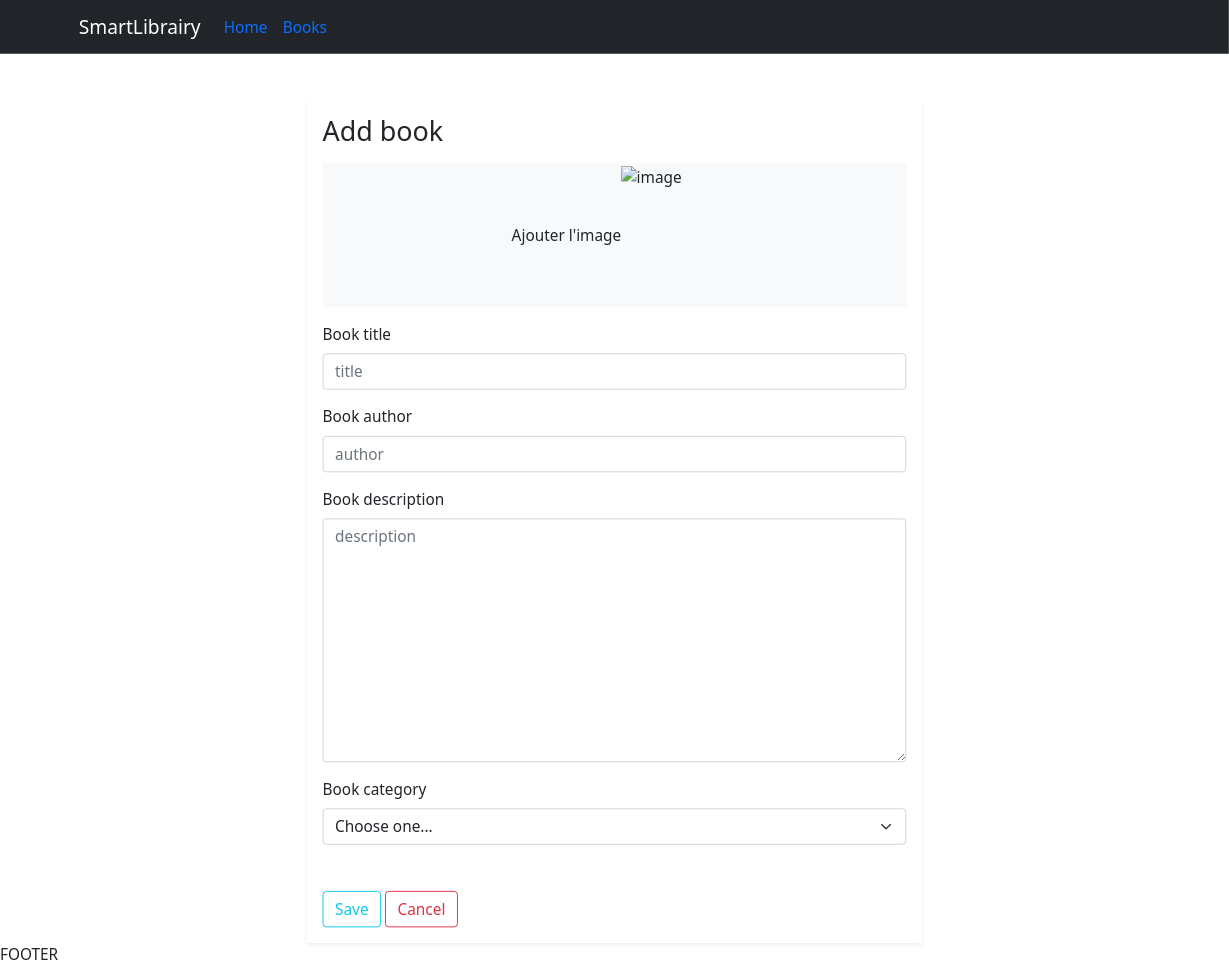
Repository: FS-23/smart-librairy
Page: http://localhost/books/create
The author's editor kept a copy of each file at every save. The page is drawn from the files as they stood at one save, then again after the next save.
The browser window is 1280 px wide. The pictures show the whole page, at 96% of full size.
The page is served by the project's Laravel application, run on PHP 8.4 with Laravel 9. Other server files are loaded and not shown.

Above is the page before, as saved 2022-06-10 13:17:34.

### routes/web.php
<?php

use Illuminate\Support\Facades\Route;
use Illuminate\Http\Request;
use App\Http\Controllers\BookController;

/*
    |--------------------------------------------------------------------------
    | Web Routes
    |--------------------------------------------------------------------------
    |
    | Here is where you can register web routes for your application. These
    | routes are loaded by the RouteServiceProvider within a group which
    | contains the "web" middleware group. Now create something great!
    |
*/

Route::get('/', function () {
    return redirect('/books/list');
});
Route::get('/books/list' , [BookController::class , 'index']);
Route::get('/books/create',[BookController::class , 'create']);
Route::get('/books/update/{id}',[BookController::class , 'edit']);
Route::post('/books/store' , [BookController::class , 'store']);
Route::post('/books/update/{id}' , [BookController::class , 'update']);
Route::get('/books/detail/{id}' , [BookController::class, 'show']);
Route::get('/books/delete/{id}' , [BookController::class, 'destroy']);

Route::view('/file' , 'file');

Route::post('/file/store' , function(Request $request){
    //hasFile

    $file = $request -> file('myFile');

    // Storage::put('myfile.jpg', $file);
     $storeResult = $file->store('public/bookImages'); // file est le name de votre input dans file.blade.php
    // return $storeResult;

    $fileName = str_replace('public' , 'storage' , $storeResult);
     return  $fileName;
});

### app/Http/Controllers/BookController.php
<?php

namespace App\Http\Controllers;

use App\Models\Book;
use Illuminate\Http\Request;

class BookController extends Controller
{

    public function index()
    {

        return view('book.list', ['books' => Book::all()]);
    }

    public function create()
    {
        return view('book.create');
    }

    public function store(Request $request)
    {
        $data = $request -> all();
        $file = $request -> file('bookImage');
        $fileStoreResult = $file->store('/public/bookImages');
        $fileName = str_replace('public', 'storage' , $fileStoreResult);
        $data['image'] = $fileName;
        $createdBook = Book::create($data);
        return redirect('/books/list');
    }


    public function show($id)
    {
        return  view('book.detail' , ["book" => Book::find($id)]);
    }


    public function edit($id)
    {
        return view('book.update' , ["book" => Book::find($id)]);
    }


    public function update(Request $request, $id)
    {
        $book = Book::find($id);
        $book ->update($request->all());

        return redirect('/books/list');
        //
    }

    public function destroy($id)
    {
        Book::destroy($id);
        return redirect('/books/list');
    }
}

### resources/views/book/create.blade.php
@extends('layout.layout')

@section('content')

   <div class="col-11 col-sm-6 shadow-sm mt-5 p-3 m-auto">
    <form action="/books/store" method="post" enctype="multipart/form-data">
        @csrf
        <h3>Add book</h3>
        <div id="choose-image-container" style="height: 150px" class="bg-light mt-3 d-flex justify-content-center align-items-center">
            Ajouter l'image <img style="width: 100px ; height: 95%" id="imagePreview" src="" alt="image">
            <input type="file" accept="image/*" style="display: none" id="bookFile" name="bookImage" required>
        </div>
        <div class="form-group mt-3">
            <label for="" class="form-label">Book title</label>
            <input required type="text" class="form-control" placeholder="title" name="title">
        </div>
        <div class="form-group mt-3">
            <label for="" class="form-label">Book author</label>
            <input  required type="text" class="form-control" placeholder="author"  name="author">
        </div>
        <div class="form-group mt-3">
            <label for="" class="form-label">Book description</label>
            <textarea  required type="text" class="form-control" rows="10" placeholder="description"  name="description"></textarea>
        </div>
        <div class="form-group mt-3">
            <label for="" class="form-label">Book category</label>
            <select  required  name="categorie" id="" class="form-select">
                <option value="">Choose one...</option>
                <option value="thriller">Thriller</option>
                <option value="romance">Romance</option>
                <option value="dramatic">Drama</option>
                <option value="dramatic">Personal developpment</option>
            </select>
        </div>

        <div class="mt-5">
           <button class="btn btn-outline-info">Save</button>
           <a href="/book/list" class="btn btn-outline-danger">Cancel</a>
        </div>
   </form>
   </div>

   <script>
       window.onload = function(){
            console.log('hello world');
            let fileInput = document.querySelector('#bookFile');
            let imageContainer = document.querySelector('#choose-image-container');
            let imagePreview = document.querySelector('#imagePreview')
            imageContainer.addEventListener('click' , function(){
                fileInput.click();
            })

            fileInput.addEventListener('change' , function(){
                 console.log('files:', fileInput.files);

                 let reader = new FileReader();

                 reader.onload = function(){
                    // console.log('result:', reader.result);

                    imagePreview.src = reader.result;
                 }
                 reader.readAsDataURL(fileInput.files[0])

            })



       }
   </script>
@endsection

### resources/views/layout/layout.blade.php
<!DOCTYPE html>
<html lang="en">
<head>
    <meta charset="UTF-8">
    <meta name="viewport" content="width=device-width, initial-scale=1.0">
    <meta http-equiv="X-UA-Compatible" content="ie=edge">
    <title>SMART LIBRAIRY</title>

    <link rel="stylesheet" href="https://cdn.jsdelivr.net/npm/bootstrap@5.1.3/dist/css/bootstrap.min.css">
</head>
<body>
    <header>
        <nav class="navbar navbar-expand-lg  bg-dark  text-white">
             <div class="container">
                  <div class="navbar-brand text-white">SmartLibrairy</div>

                  <button class="navbar-toggler" data-bs-toggle="collapse" href="#menu-container">
                     <span class="navbar-toggler-icon"></span>
                  </button>
                  <div class="collapse navbar-collapse" id="menu-container">
                    <ul class="navbar-nav">
                        <li class="nav-item">
                            <a href="/" class="nav-link">Home</a>
                        </li>
                        <li class="nav-item">
                             <a href="/books/list" class="nav-link">Books</a>
                        </li>
                    </ul>
                  </div>
             </div>

        </nav>
    </header>
    <section>
        @yield('content')
    </section>

    <section>
        @if($errors->count()>0)
            @foreach($errors->all() as $error)
                <h6 class="text-danger">{{ $error }}</h6>
            @endforeach
        @endif
    </section>
    <footer>
        FOOTER
    </footer>

    <script src="https://cdn.jsdelivr.net/npm/bootstrap@5.1.3/dist/js/bootstrap.bundle.min.js"></script>
</body>
</html>

Loaded but not shown: app/Http/Controllers/Controller.php (common file)

After the next save:
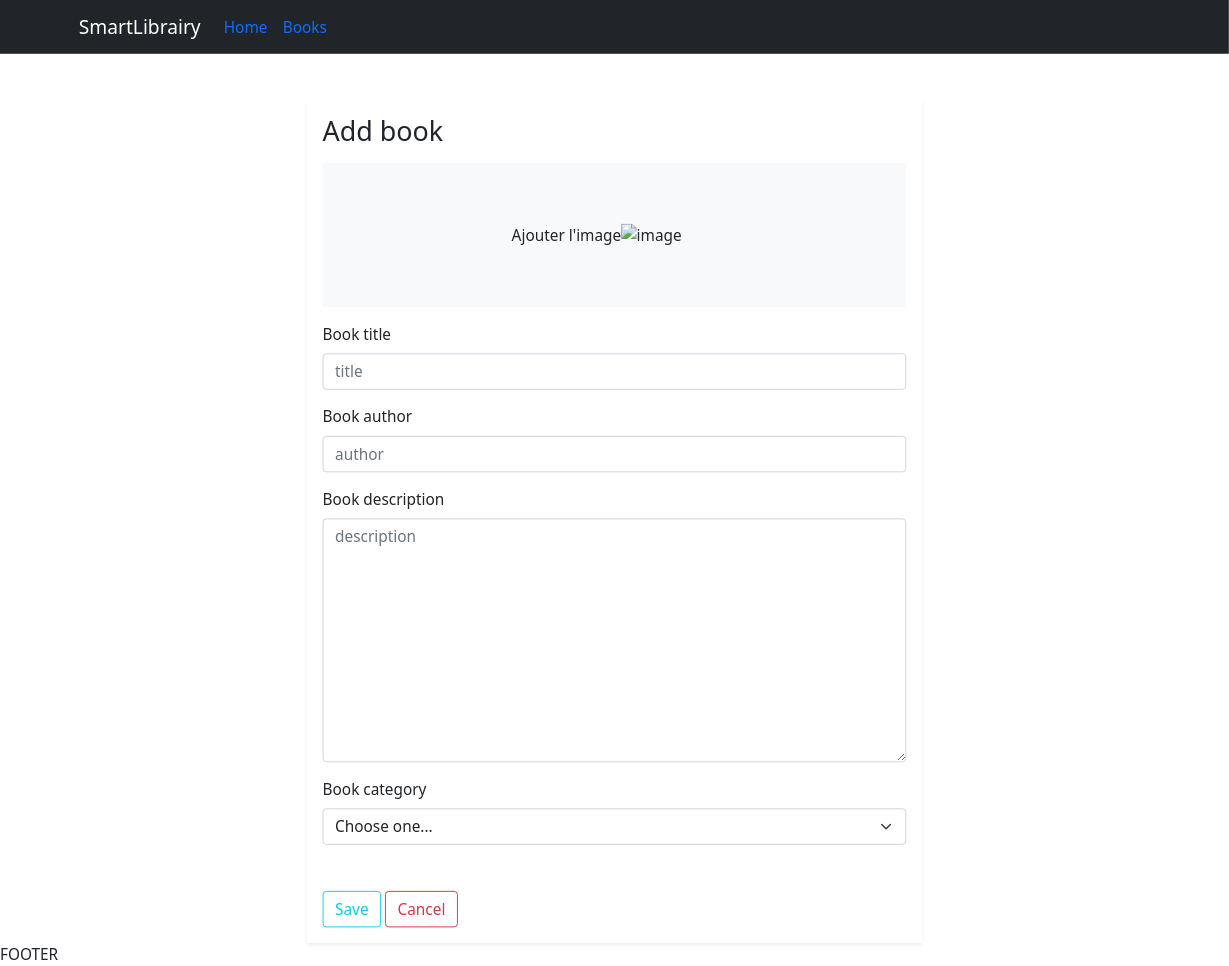
Saved 68 s later.
--- a/resources/views/book/create.blade.php
+++ b/resources/views/book/create.blade.php
@@ -7,7 +7,7 @@
         @csrf
         <h3>Add book</h3>
         <div id="choose-image-container" style="height: 150px" class="bg-light mt-3 d-flex justify-content-center align-items-center">
-            Ajouter l'image <img style="width: 100px ; height: 95%" id="imagePreview" src="" alt="image">
+            <span id="choose-txt">Ajouter l'image</span> <img  style="width: 100px ;display: none, height: 95%" id="imagePreview" src="" alt="image">
             <input type="file" accept="image/*" style="display: none" id="bookFile" name="bookImage" required>
         </div>
         <div class="form-group mt-3">
